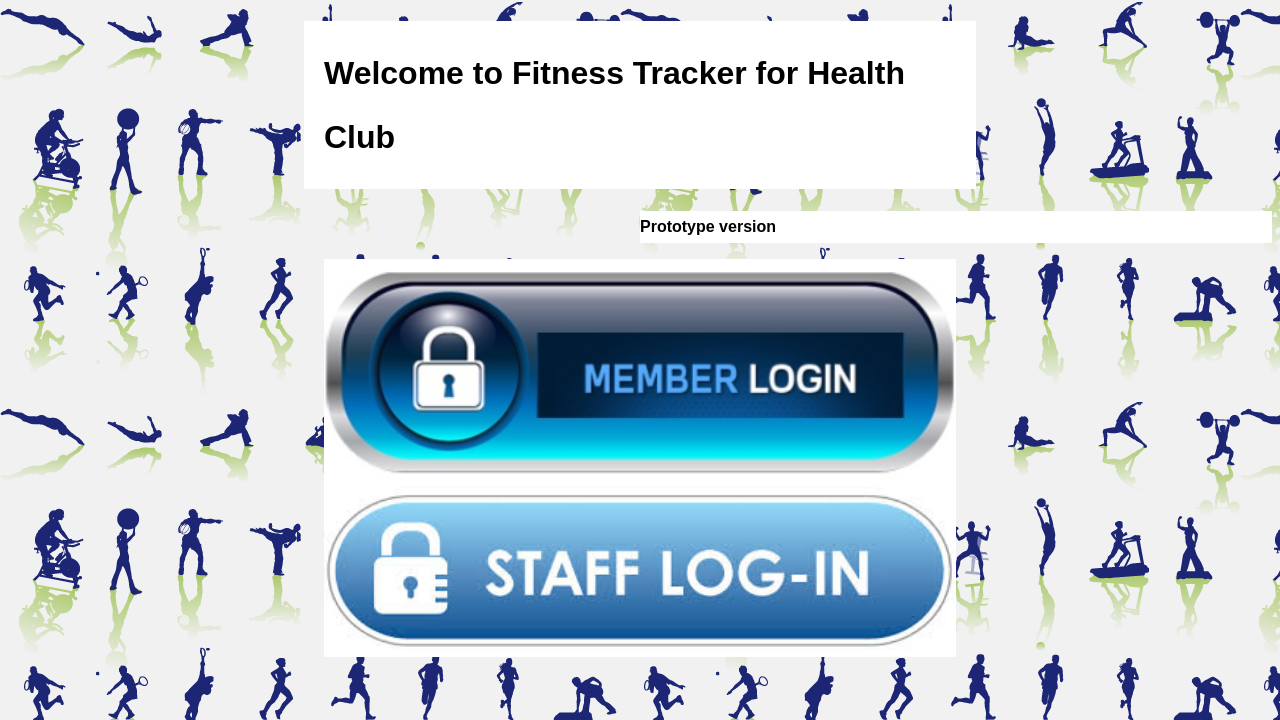
Repository: dmiropol/FitnessMemberTracker
Page: http://localhost/
An editor plug-in stored every save of this project. The page is shown before and after the next save, followed by the edit.
The browser window is 1280 px wide. The pictures show the whole page.
The page is served by the project's Node server (app.js).

Above is the page before, as saved 2018-11-16 10:34:11.

After the next save:
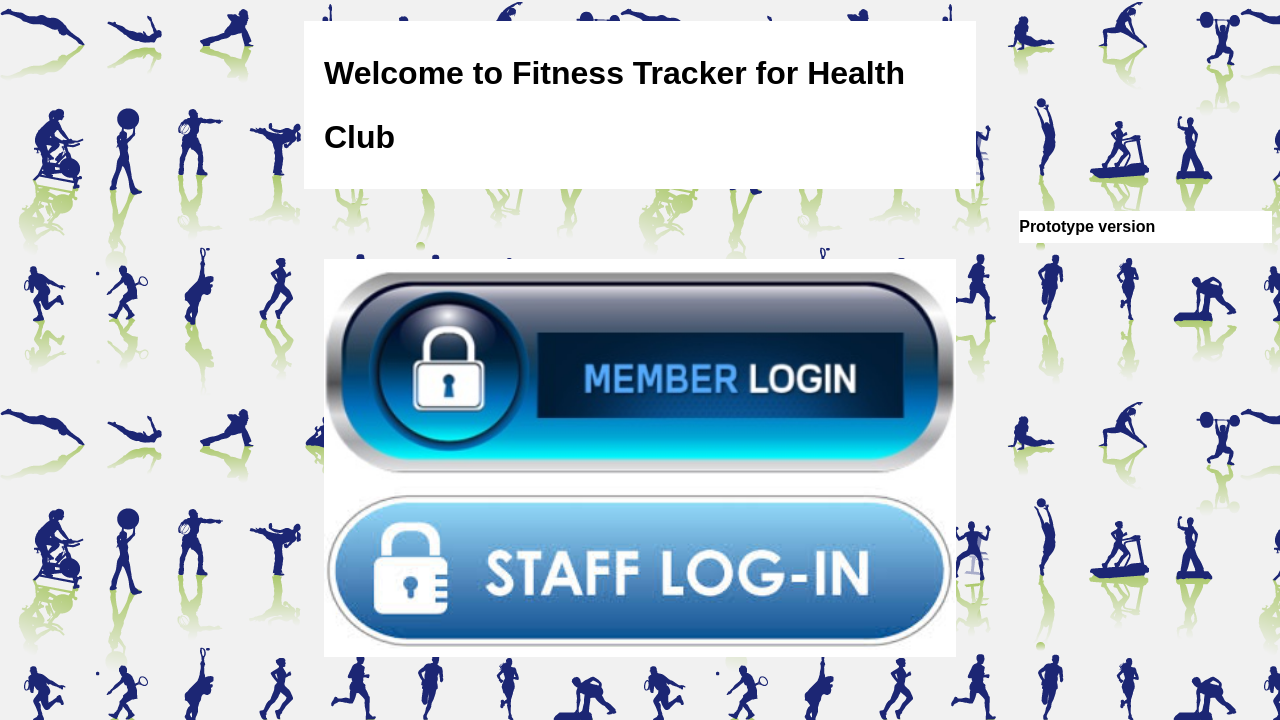
Saved 15 s later.
--- a/public/stylesheets/style.css
+++ b/public/stylesheets/style.css
@@ -111,7 +111,7 @@ select  {
     display: block;
     margin-left: auto;
     margin-right: 0;
-    width: 50%;
+    width: 20%;
 }
 
 h1, h2{
